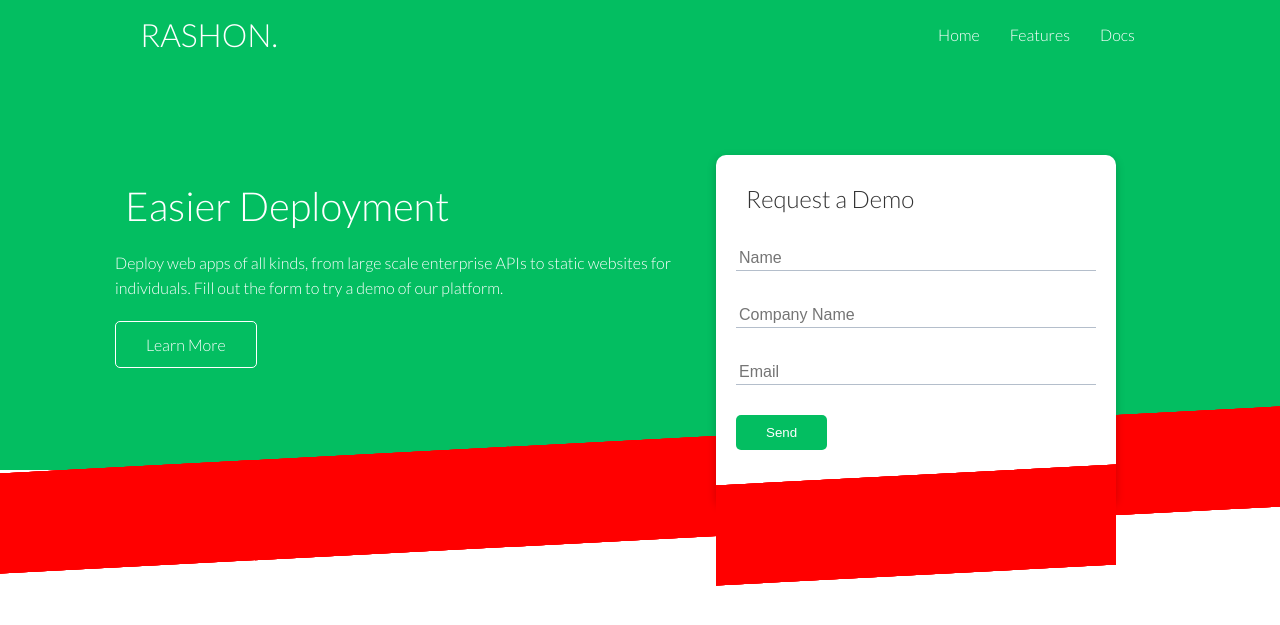
Repository: Skilis/website-modern
Page: index.html
These files come from the project's save history. The page is drawn as it stood at one moment and after the next save; the edit follows.
The browser window is 1280 px wide. The pictures show the whole page.

Above is the page before, as saved 2020-10-23 13:59:43.

### index.html
<!DOCTYPE html>
<html lang="en">

<head>
  <meta charset="UTF-8">
  <meta name="viewport" content="width=device-width, initial-scale=1.0">
  <link rel="stylesheet" href="https://cdnjs.cloudflare.com/ajax/libs/font-awesome/5.15.1/css/all.min.css"
    integrity="sha512-+4zCK9k+qNFUR5X+cKL9EIR+ZOhtIloNl9GIKS57V1MyNsYpYcUrUeQc9vNfzsWfV28IaLL3i96P9sdNyeRssA=="
    crossorigin="anonymous" />
  <link rel="stylesheet" href="css/style.css">
  <title>Rashon | Cloud Hosting For The SuperPhly</title>
</head>

<body>
  <!-- Navbar-->
  <div class="navbar">
    <div class="container flex">
      <h1 class="logo">RASHON.</h1>
      <nav>
        <ul>
          <li><a href="index.html">Home</a></li>
          <li><a href="features.html">Features</a></li>
          <li><a href="docs.html">Docs</a></li>
        </ul>
      </nav>
    </div>

  </div>

  <!-- Showcase-->

  <section class="showcase">
    <div class="container grid">
      <div class="showcase-text">
        <h1>Easier Deployment</h1>
        <p>Deploy web apps of all kinds, from large scale enterprise APIs to static websites for individuals. Fill out
          the form to try a demo of our platform.</p>
        <a href="features.html" class="btn btn-outline">Learn More</a>
      </div>

      <div class="showcase-form card">
        <h2>Request a Demo</h2>
        <form>
          <div class="form-control">
            <input type="text" name="name" placeholder="Name" required>
          </div>
          <div class="form-control">
            <input type="text" name="company" placeholder="Company Name" required>
          </div>
          <div class="form-control">
            <input type="email" name="email" placeholder="Email" required>
          </div>
          <input type="submit" value="Send" class="btn btn-primary">
        </form>
      </div>
    </div>

  </section>
</body>

</html>

### css/style.css
@import url('https://fonts.googleapis.com/css2?family=Lato:wght@300&display=swap');

:root {
  --primary-color: #03be61;
}

* {
  box-sizing: border-box;
  padding: 0;
  margin: 0;
}

body {
  font-family: 'Lato', sans-serif;
  color: #333;
  line-height: 1.6;
}

ul {
  list-style-type: none;
}

a {
  text-decoration: none;
  color: #333;
}

h1,
h2 {
  font-weight: 300;
  line-height: 1.2;
  margin: 10px;
}

p {
  margin: 10px 0;
}

img {
  width: 100%;
}

/* Navrbar*/

.navbar {
  background-color: var(--primary-color);
  color: #fff;
  height: 70px;
}

.navbar ul {
  display: flex;
}

.navbar a {
  color: #fff;
  padding: 10px;
  margin: 0 5px;
}

.navbar a:hover {
  border-bottom: 2px white solid;
}

.navbar .flex {
  justify-content: space-between;
}

/* Showcase*/

.showcase {
  height: 400px;
  background-color: var(--primary-color);
  color: white;
  position: relative;
}

.showcase h1 {
  font-size: 40px;
}

.showcase p {
  margin: 20px 0;
}

.showcase .grid {
  overflow: visible;
  grid-template-columns: 55% 45%;
  gap: 30px;
}

.showcase-form {
  position: relative;
  top: 60px;
  height: 350px;
  width: 400px;
  padding: 40px;
  z-index: 100;
}

.showcase-form .form-control {
  margin: 30px 0;
}

.showcase-form input[type='text'],
.showcase-form input[type='email'] {
  border: 0;
  border-bottom: 1px solid #b4becb;
  width: 100%;
  padding: 3px;
  font-size: 16px;
}

.showcase-form input:focus {
  outline: none;
}

.showcase::before,
.showcase ::after {
  content: '';
  position: absolute;
  height: 100px;
  bottom: -70px;
  right: 0;
  left: 0;
  background: red;
  transform: skewY(-3deg);
}

/* Utilities*/

.container {
  max-width: 1100px;
  margin: 0 auto;
  overflow: auto;
  padding: 0 40px;
}

.card {
  background-color: #fff;
  color: #333;
  border-radius: 10px;
  box-shadow: 0 3px 10px rgba(0, 0, 0, 0.2);
  padding: 20px;
  margin: 10px;
}

.btn {
  display: inline-block;
  padding: 10px 30px;
  cursor: pointer;
  background: var(--primary-color);
  color: #fff;
  border: none;
  border-radius: 5px;
}

.btn-outline {
  background-color: transparent;
  border: 1px #fff solid;
}

.btn:hover {
  transform: scale(.98);
}

.flex {
  display: flex;
  justify-content: center;
  align-items: center;
  height: 100%;
}

.grid {
  display: grid;
  grid-template-columns: repeat(2, 1fr);
  gap: 20px;
  justify-content: center;
  align-items: center;
  height: 100%;
}

After the next save:
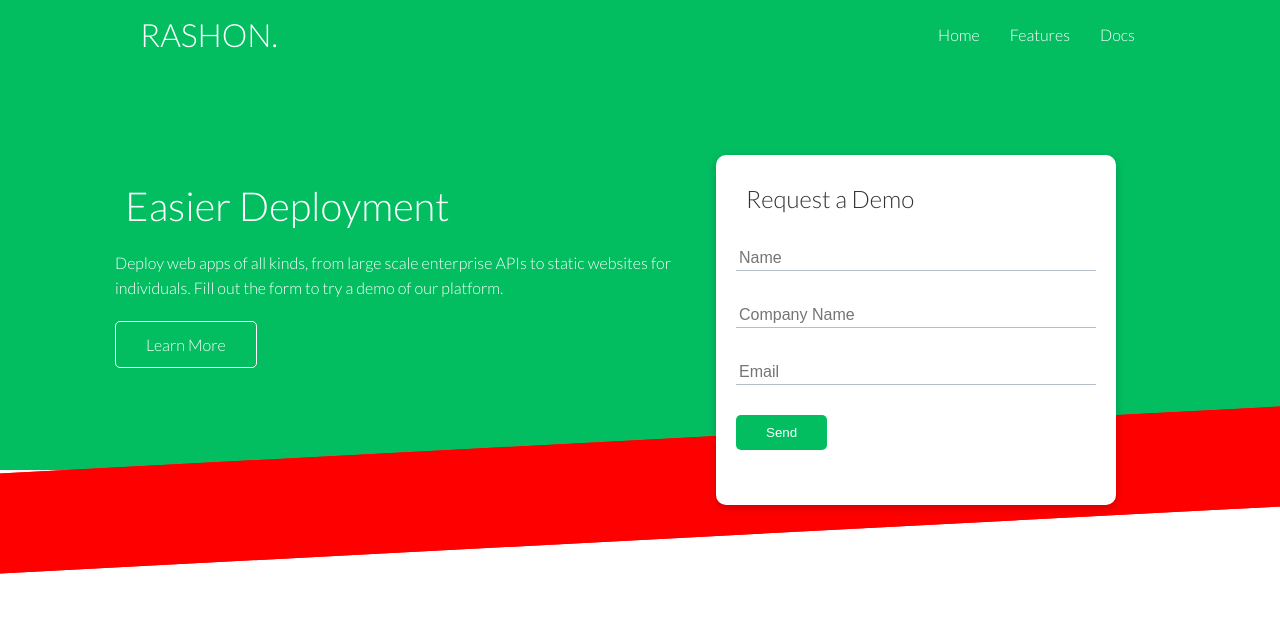
Saved 14 s later.
--- a/css/style.css
+++ b/css/style.css
@@ -116,7 +116,7 @@
 }
 
 .showcase::before,
-.showcase ::after {
+.showcase::after {
   content: '';
   position: absolute;
   height: 100px;
